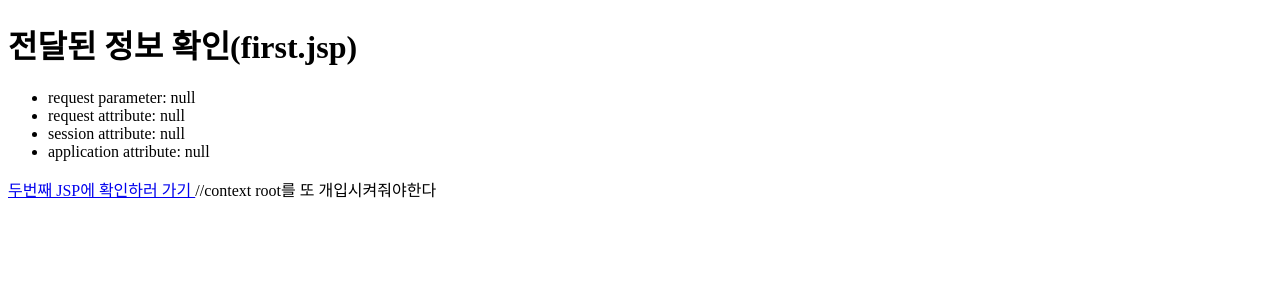
Repository: roadtofuture/woorifisa_java
Page: http://localhost/web_day3/session/first.jsp
The author's editor kept a copy of each file at every save. The page is drawn from the files as they stood at one save, then again after the next save.
The browser window is 1280 px wide. The pictures show the whole page.
The page is served by Tomcat 9. Other server files are loaded and not shown. The template is opened directly, without the code that normally fills it, so the values that code supplies are empty.

Above is the page before, as saved 2023-06-19 01:10:45.

### web_day3/src/main/webapp/session/first.jsp
<%@ page language="java" contentType="text/html; charset=UTF-8"
    pageEncoding="UTF-8"%>
<!DOCTYPE html>
<html>
<head>
<meta charset="UTF-8">
<title>Insert title here</title>
</head>
<body>
	<h1>전달된 정보 확인(first.jsp)</h1>
	<ul>
		<li>request parameter: <%= request.getParameter("type") %>
		<li>request attribute: <%= request.getAttribute("reqAttr")%>
		<li>session attribute: <%= session.getAttribute("sesAttr")%>
		<li>application attribute: <%= application.getAttribute("appAttr")%>
	</ul>

	<a href="/web_day3/session/second.jsp">두번째 JSP에 확인하러 가기 </a> //context root를 또 개입시켜줘야한다
</body>
</html>

After the next save:
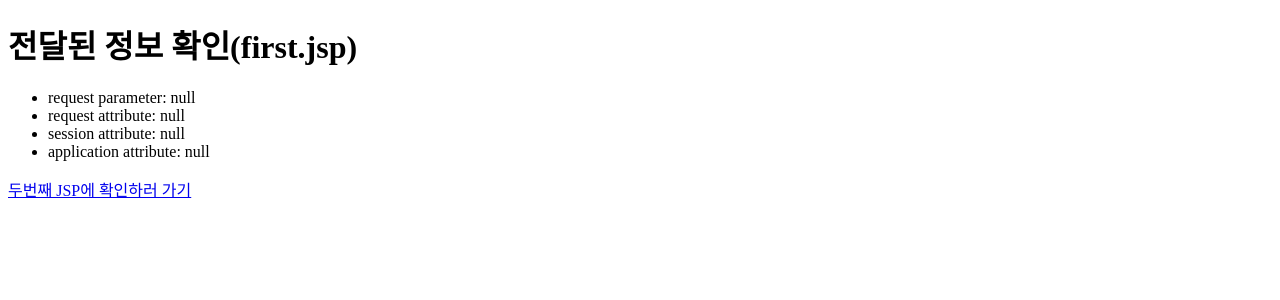
Saved 41 s later.
--- a/web_day3/src/main/webapp/session/first.jsp
+++ b/web_day3/src/main/webapp/session/first.jsp
@@ -15,6 +15,6 @@
 		<li>application attribute: <%= application.getAttribute("appAttr")%>
 	</ul>
 
-	<a href="/web_day3/session/second.jsp">두번째 JSP에 확인하러 가기 </a> //context root를 또 개입시켜줘야한다
+	<a href="/web_day3/session/second.jsp">두번째 JSP에 확인하러 가기 </a> <!--  context root를 또 개입시켜줘야한다 -->
 </body>
 </html>
